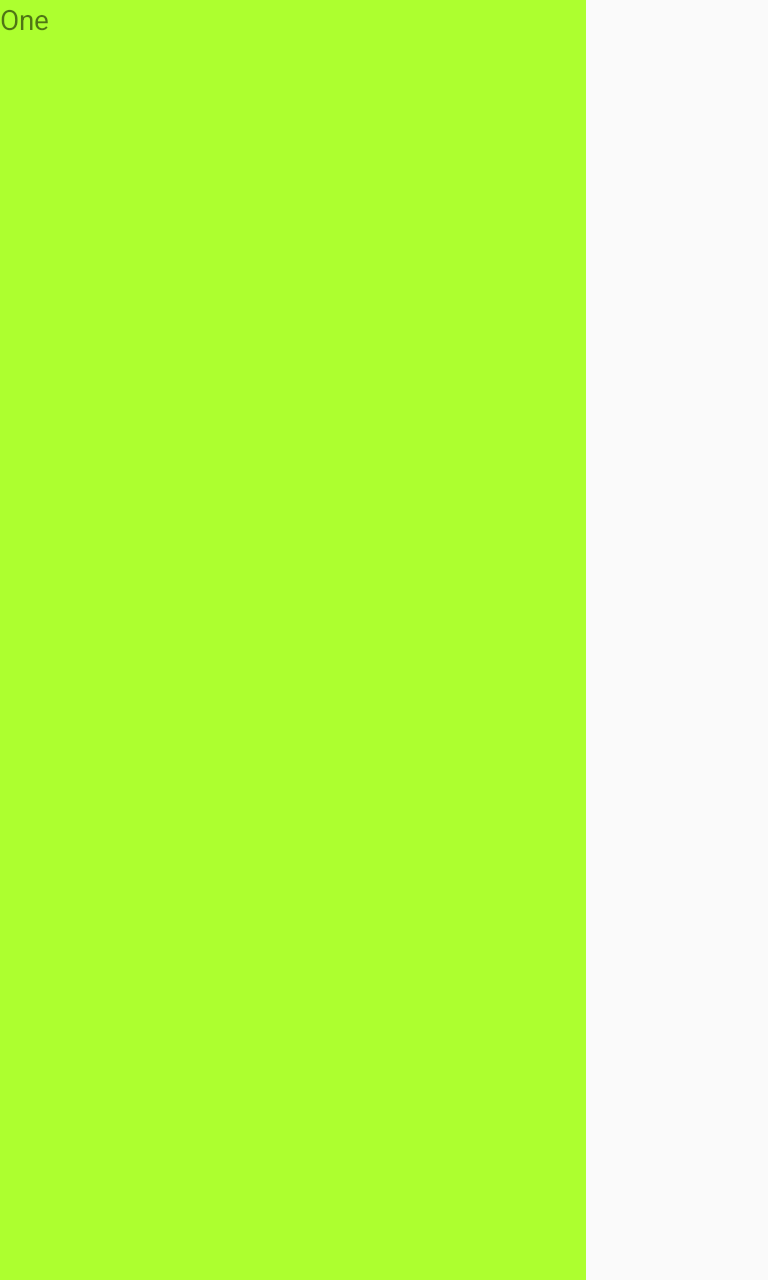
Repository: bingb89/Garbage
Layout: xml/hello/res/layout/activity_main.xml
These files come from the project's save history. The layout is drawn as it stood at one moment and after the next save; the edit follows.
It is drawn on a 768 x 1280 px phone screen (xhdpi) without system bars, with theme AppTheme; the app's code is not run.

Above is the layout before, as saved 2015-12-24 08:35:33.

After the next save:
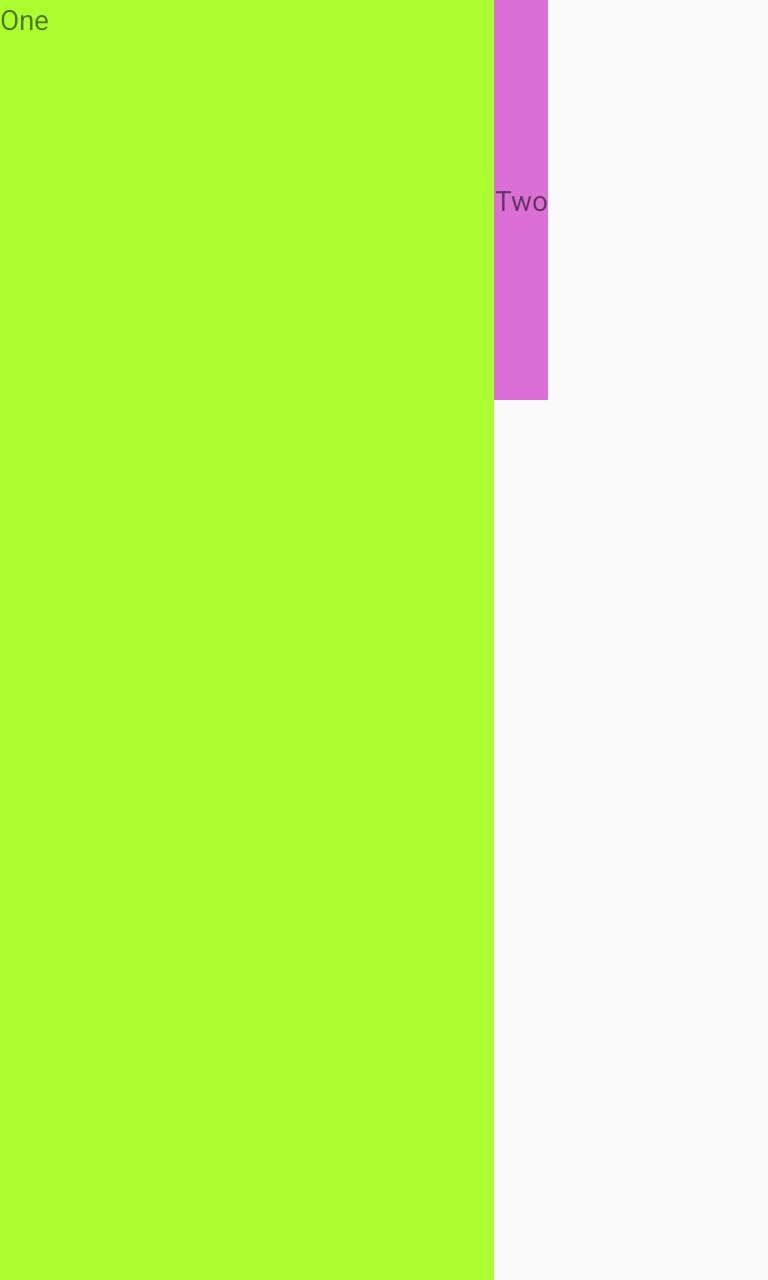
Saved 40 s later.
--- a/xml/hello/res/layout/activity_main.xml
+++ b/xml/hello/res/layout/activity_main.xml
@@ -16,7 +16,8 @@
     <TextView
         android:layout_width="wrap_content"
         android:layout_height="200dp"
-        android:layout_weight="3"
+        android:layout_gravity = "left"
+        android:gravity="center"
         android:background="#DA70D6"
         android:text="@string/two" />
 
